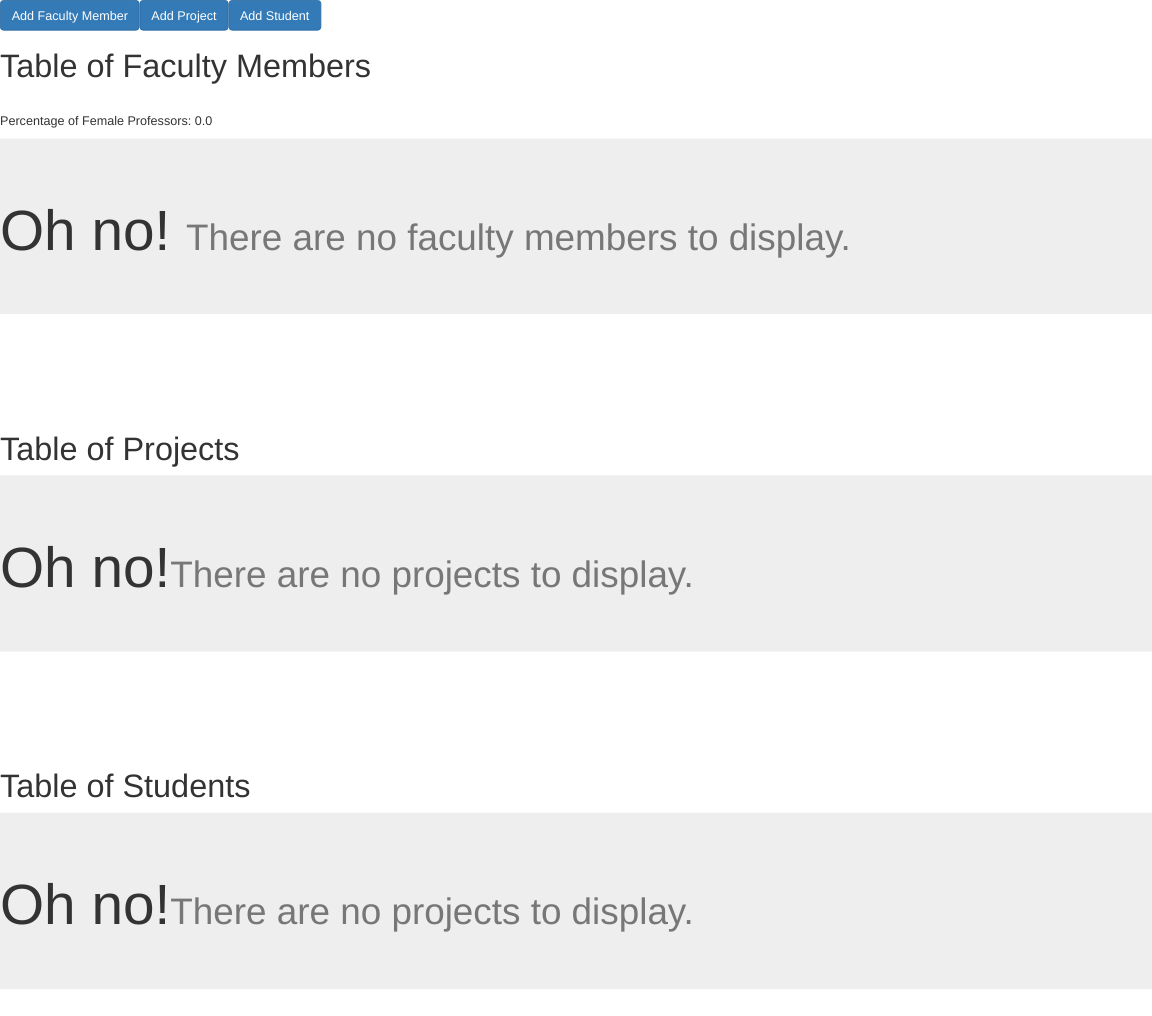
Repository: cpham19/DatabaseSite
Page: http://localhost/database/Table
These files come from the project's save history. The page is drawn as it stood at one moment and after the next save; the edit follows.
The browser window is 1280 px wide. The pictures show the whole page, at 90% of full size.
The page is served by Tomcat 9. Queries for data that is not in the repository find no rows.

Above is the page before, as saved 2017-08-05 07:10:34.

After the next save:
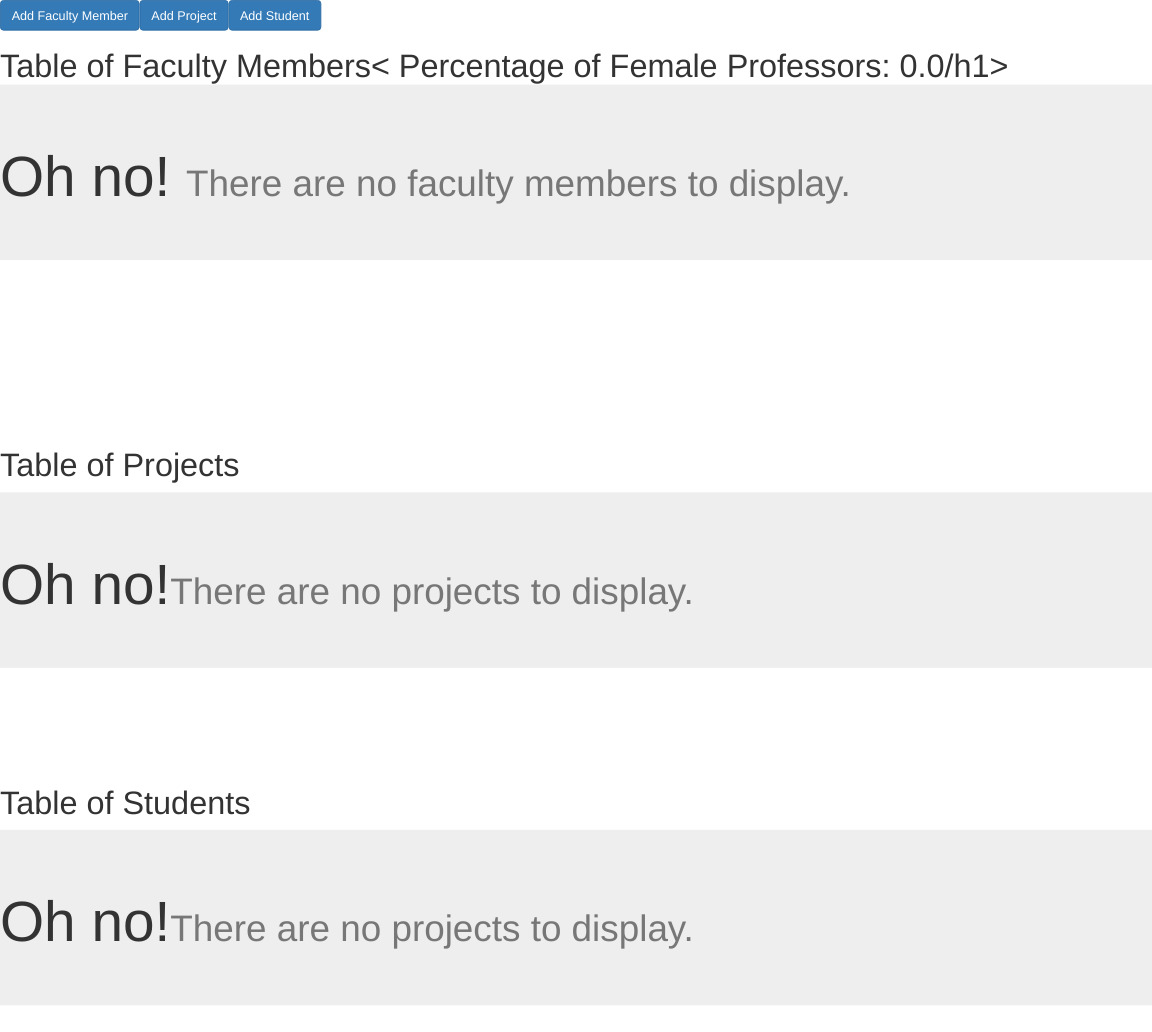
Saved 38 s later.
--- a/database/src/main/webapp/Table.jsp
+++ b/database/src/main/webapp/Table.jsp
@@ -11,10 +11,9 @@
 <body>
 	<a href="AddFaculty.jsp" class="btn btn-primary" role="button">Add Faculty Member</a><a href="AddProject.jsp" class="btn btn-primary" role="button">Add Project</a><a href="AddStudent.jsp" class="btn btn-primary" role="button">Add Student</a>
 
-	<h1>Table of Faculty Members</h1>
+	<h1>Table of Faculty Members<                      Percentage of Female Professors: ${femaleProfessors}/h1>
 
 	<br/>
-	<p>Percentage of Female Professors: ${femaleProfessors}</p>
 	<c:if test="${empty faculties}">
 		<div class="jumbotron">
 			<h1>Oh no! <small>There are no faculty members to display.</small></h1>
